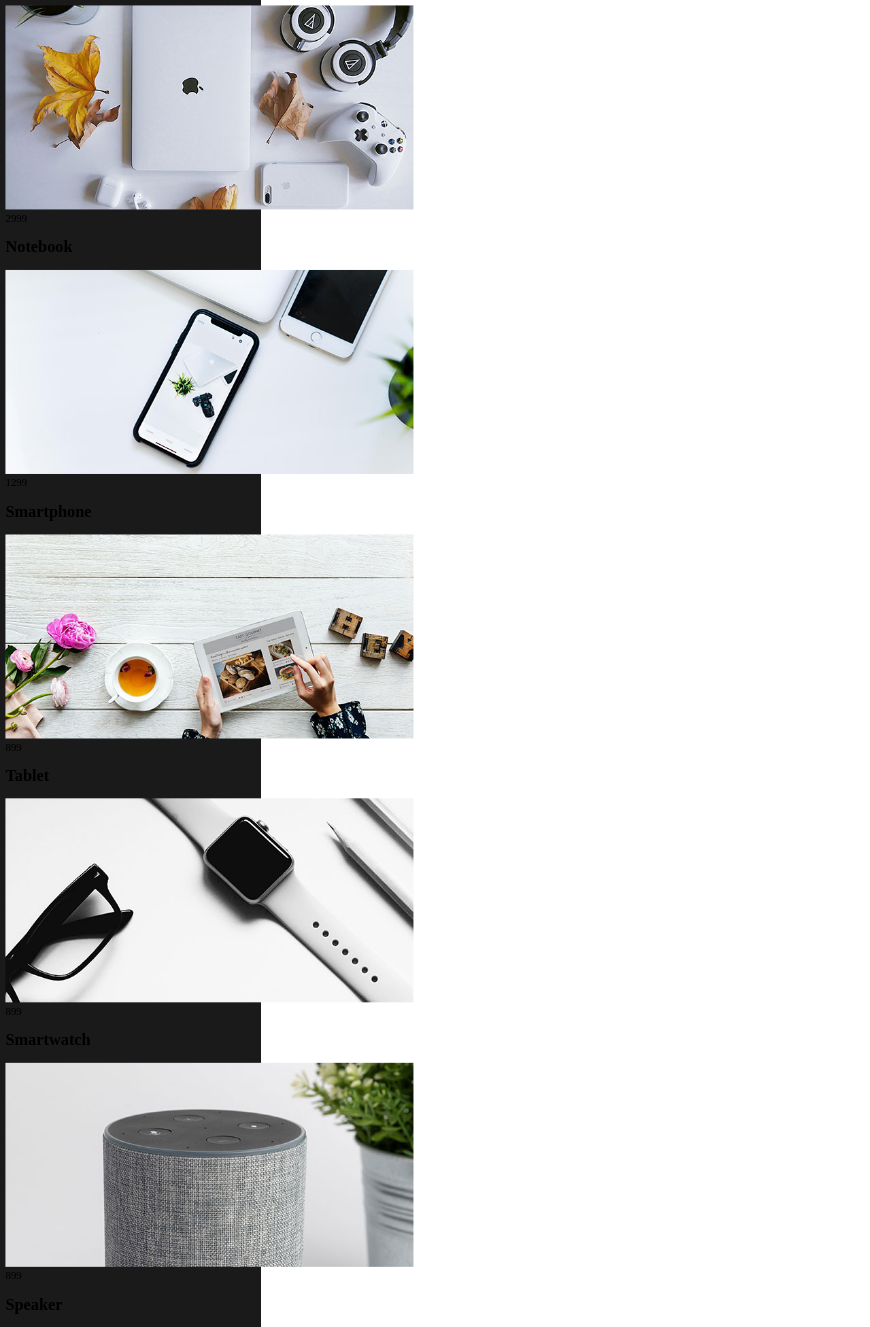
Repository: tomvieir/techno
Page: index.html
The author's editor kept a copy of each file at every save. The page is drawn from the files as they stood at one save, then again after a run of saves.
The browser window is 1280 px wide. The pictures show the whole page, at 68% of full size.

Above is the page before, as saved 2022-06-23 15:25:08.

After the next 2 saves:
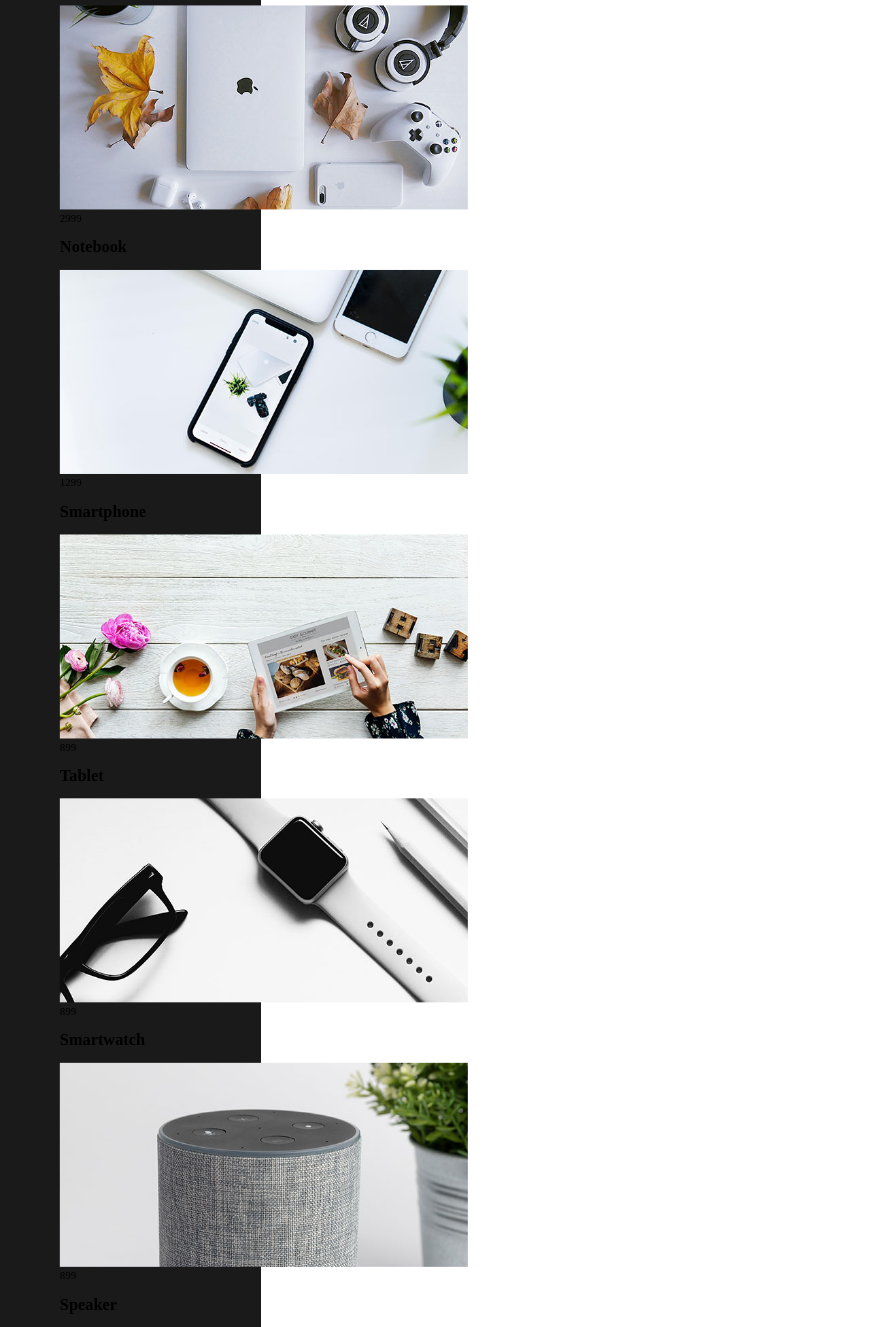
The 2 saves are shown as one change because they came seconds apart.
The last was saved 8 s later.
--- a/style.css
+++ b/style.css
@@ -16,5 +16,5 @@
 }
 
 #app {
-    padding: 0px;
+    padding: 0 80px;
 }
